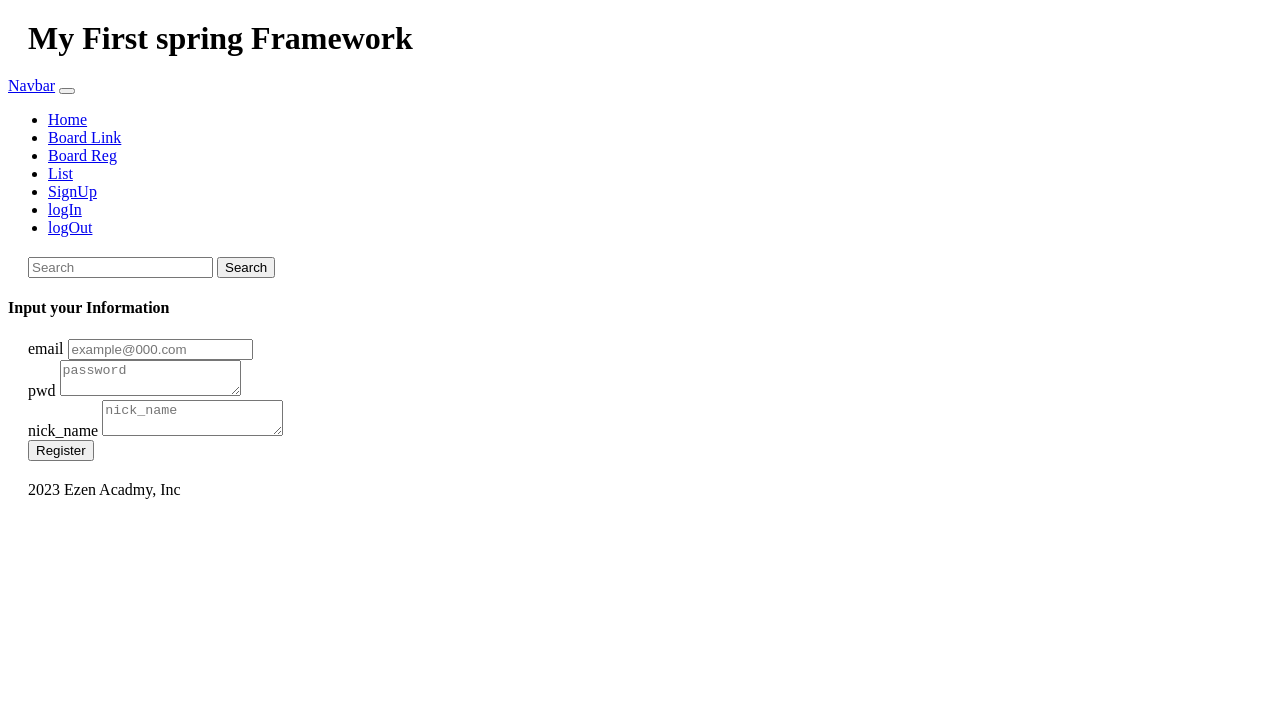
Repository: fbsrb458/link
Page: http://localhost/springProject/WEB-INF/views/member/register.jsp
These files come from the project's save history. The page is drawn as it stood at one moment and after the next save; the edit follows.
The browser window is 1280 px wide. The pictures show the whole page.
The page is served by Tomcat 9. Nobody is signed in. The template is opened directly, without the code that normally fills it, so the values that code supplies are empty.

Above is the page before, as saved 2023-10-27 10:48:48.

After the next save:
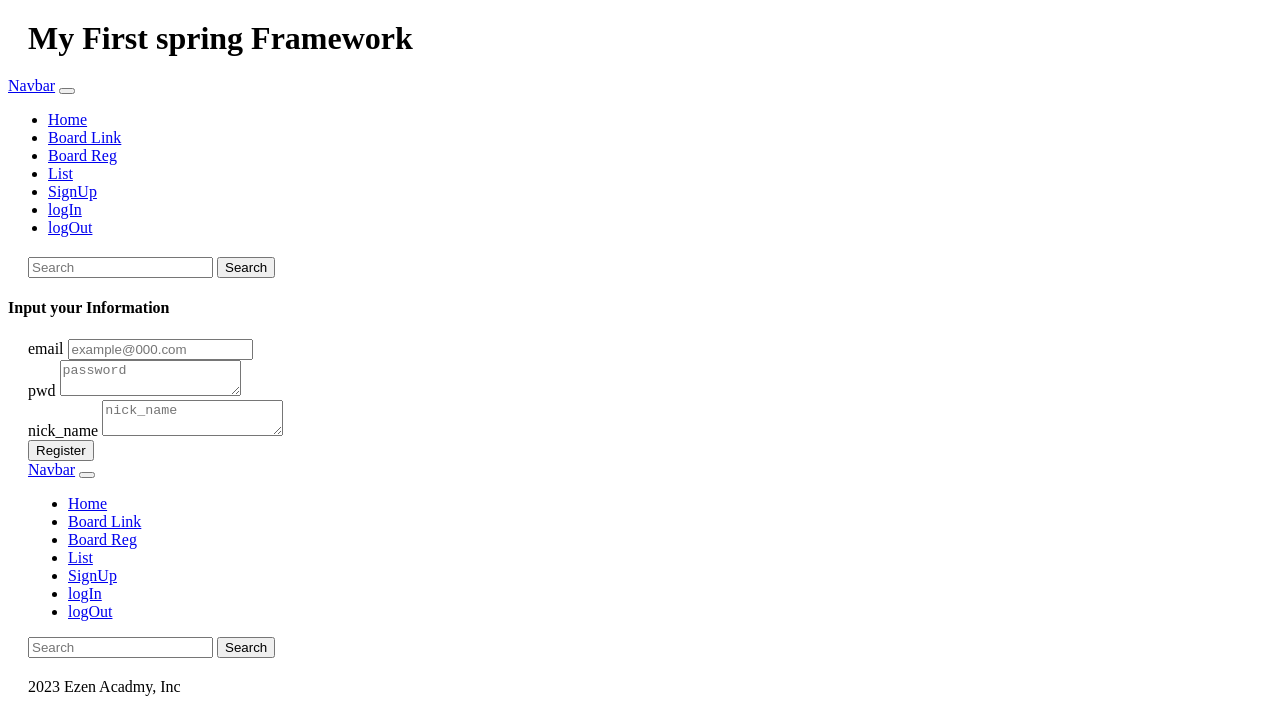
Saved 103 s later.
--- a/springProject/src/main/webapp/WEB-INF/views/member/register.jsp
+++ b/springProject/src/main/webapp/WEB-INF/views/member/register.jsp
@@ -27,8 +27,9 @@
 		  <textarea type="text" class="form-control" name="nickname" id="n" placeholder="nick_name"></textarea>
 		</div>
 		<button type="submit">Register</button>
+		<jsp:include page="../common/nav.jsp" />
 </form>
-
+</body>
 
 
 
